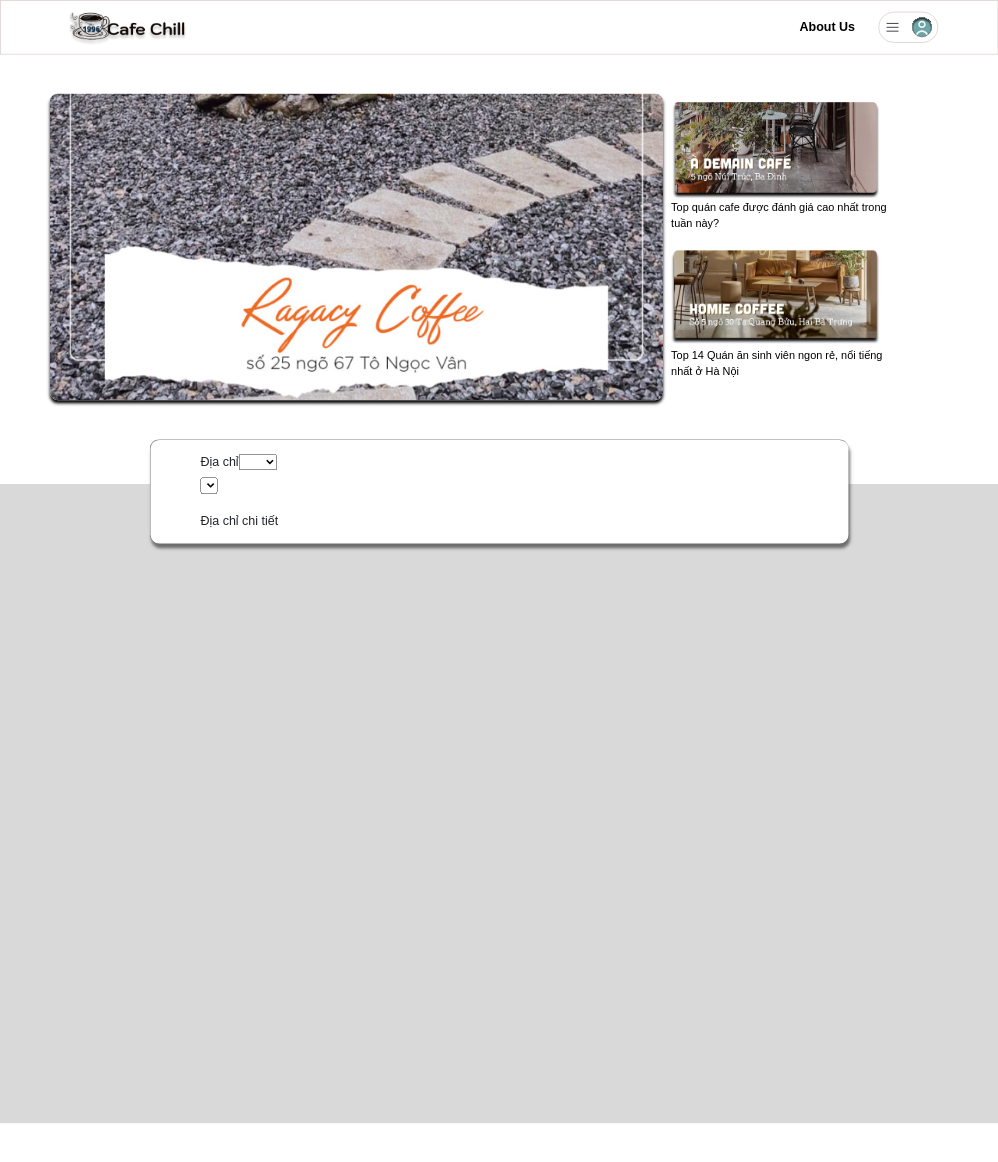
Repository: eriklehnsher/CafeReview-Vue3
Page: /
An editor plug-in stored every save of this project. The page is shown before and after the next save, followed by the edit.
The browser window is 1280 px wide. The pictures show the whole page, at 78% of full size.
Some web fonts or font styles are not loaded; a fallback is used. The project was rebuilt for these pictures with package versions that can differ from the ones it lists, and the page was loaded fresh each time. Also part of the build but not shown: vue.config.js.

Above is the page before, as saved 2023-10-11 11:29:25.

### public/index.html
<!DOCTYPE html>
<html lang="">
  <head>
    <meta charset="utf-8">
    <meta http-equiv="X-UA-Compatible" content="IE=edge">
    <meta name="viewport" content="width=device-width,initial-scale=1.0">
    <link rel="icon" href="<%= BASE_URL %>LOGO.ico">
    <title><%= htmlWebpackPlugin.options.title %></title>
  </head>
  <body>
    <noscript>
      <strong>We're sorry but <%= htmlWebpackPlugin.options.title %> doesn't work properly without JavaScript enabled. Please enable it to continue.</strong>
    </noscript>
    <div id="app"></div>
    <!-- built files will be auto injected -->
  </body>
</html>

### src/main.js
import "bootstrap/dist/css/bootstrap.css";
import { createApp } from 'vue'
import App from './App.vue'

createApp(App).mount('#app')

import "bootstrap/dist/js/bootstrap.js"

### src/App.vue
<template>
  <Header class="header-app" />
  <HomePage class="homepage-app" />
</template>

<script>
import Header from "./components/Header.vue";
import HomePage from "./components/HomePage.vue";

export default {
  name: "App",
  components: {
    HomePage,
    Header,
  },
};
</script>

<style>
@import url("https://fonts.googleapis.com/css2?family=ABeeZee&display=swap");

body {
  margin: 0px;
}
#app {
  background: #d9d9d9;
  height: 200vh;
  margin-bottom: 50px;
  -webkit-font-smoothing: antialiased;
  -moz-osx-font-smoothing: grayscale;

  font-family: "ABeeZee", sans-serif;
}
/* .header-app {
  position: sticky;
  top: 0;
} */

</style>

### src/components/Header.vue
<template>
  <div class="header">
    <div class="container">
      <nav class="navbar navbar-expand-lg">
        <div class="container-fluid">
          <img src="../assets/logo.png" alt="" class="logo" />

          <div class="collapse navbar-collapse" id="navbarSupportedContent">
            <ul class="navbar-nav me-auto mb-2 mb-lg-0"></ul>
            <div class="btn-group">
              <a class="header-about" href="">About Us</a>
              <div
                type="button"
                class="Author"
                data-bs-toggle="dropdown"
                aria-expanded="false"
              >
                <svg
                  xmlns="http://www.w3.org/2000/svg"
                  width="25"
                  height="40"
                  viewBox="0 0 42 40"
                  fill="none"
                >
                  <path
                    d="M8.59375 11.6667H32.6562"
                    stroke="#33363F"
                    stroke-width="2"
                    stroke-linecap="round"
                  />
                  <path
                    d="M8.59375 20H32.6562"
                    stroke="#33363F"
                    stroke-width="2"
                    stroke-linecap="round"
                  />
                  <path
                    d="M8.59375 28.3333H32.6562"
                    stroke="#33363F"
                    stroke-width="2"
                    stroke-linecap="round"
                  />
                </svg>
                <svg
                  width="30"
                  height="50"
                  viewBox="0 0 50 50"
                  fill="none"
                  xmlns="http://www.w3.org/2000/svg"
                >
                  <g filter="url(#filter0_i_102_131)">
                    <path
                      fill-rule="evenodd"
                      clip-rule="evenodd"
                      d="M4.1665 25C4.1665 13.4941 13.4939 4.16669 24.9998 4.16669C36.5058 4.16669 45.8332 13.4941 45.8332 25C45.8332 31.693 42.6771 37.6488 37.7719 41.4603C36.9132 38.9522 35.3321 36.7452 33.2181 35.1231C30.8604 33.314 27.9717 32.3334 24.9998 32.3334C22.028 32.3334 19.1393 33.314 16.7816 35.1231C14.6676 36.7452 13.0865 38.9522 12.2277 41.4603C7.32261 37.6488 4.1665 31.693 4.1665 25ZM32.0006 36.7098C33.9555 38.2098 35.3754 40.297 36.0539 42.6621C32.8501 44.6715 29.0607 45.8334 24.9998 45.8334C20.939 45.8334 17.1496 44.6715 13.9457 42.6621C14.6242 40.297 16.0442 38.2098 17.9991 36.7098C20.0075 35.1687 22.4683 34.3334 24.9998 34.3334C27.5314 34.3334 29.9922 35.1687 32.0006 36.7098ZM19.7498 18.75C19.7498 15.8505 22.1003 13.5 24.9998 13.5C27.8993 13.5 30.2498 15.8505 30.2498 18.75C30.2498 21.6495 27.8993 24 24.9998 24C22.1003 24 19.7498 21.6495 19.7498 18.75ZM24.9998 11.5C20.9958 11.5 17.7498 14.746 17.7498 18.75C17.7498 22.7541 20.9958 26 24.9998 26C29.0039 26 32.2498 22.7541 32.2498 18.75C32.2498 14.746 29.0039 11.5 24.9998 11.5Z"
                      fill="#6CA6A8"
                    />
                  </g>
                  <path
                    d="M37.7719 41.4603L37.2989 41.6223L37.5257 42.2848L38.0787 41.8551L37.7719 41.4603ZM33.2181 35.1231L32.9137 35.5198L33.2181 35.1231ZM16.7816 35.1231L17.0859 35.5198L16.7816 35.1231ZM12.2277 41.4603L11.9209 41.8551L12.4739 42.2848L12.7008 41.6223L12.2277 41.4603ZM36.0539 42.6621L36.3196 43.0857L36.6383 42.8858L36.5346 42.5242L36.0539 42.6621ZM32.0006 36.7098L31.6962 37.1065L32.0006 36.7098ZM13.9457 42.6621L13.4651 42.5242L13.3614 42.8858L13.6801 43.0857L13.9457 42.6621ZM17.9991 36.7098L17.6947 36.3131H17.6947L17.9991 36.7098ZM24.9998 3.66669C13.2178 3.66669 3.6665 13.2179 3.6665 25H4.6665C4.6665 13.7702 13.77 4.66669 24.9998 4.66669V3.66669ZM46.3332 25C46.3332 13.2179 36.7819 3.66669 24.9998 3.66669V4.66669C36.2296 4.66669 45.3332 13.7702 45.3332 25H46.3332ZM38.0787 41.8551C43.1005 37.9529 46.3332 31.8539 46.3332 25H45.3332C45.3332 31.5321 42.2536 37.3446 37.4652 41.0655L38.0787 41.8551ZM32.9137 35.5198C34.9494 37.0818 36.472 39.207 37.2989 41.6223L38.245 41.2984C37.3545 38.6973 35.7148 36.4086 33.5225 34.7264L32.9137 35.5198ZM24.9998 32.8334C27.8616 32.8334 30.6434 33.7776 32.9137 35.5198L33.5225 34.7264C31.0775 32.8503 28.0817 31.8334 24.9998 31.8334V32.8334ZM17.0859 35.5198C19.3563 33.7776 22.1381 32.8334 24.9998 32.8334V31.8334C21.918 31.8334 18.9222 32.8503 16.4772 34.7264L17.0859 35.5198ZM12.7008 41.6223C13.5277 39.207 15.0502 37.0818 17.0859 35.5198L16.4772 34.7264C14.2849 36.4086 12.6452 38.6973 11.7547 41.2984L12.7008 41.6223ZM3.6665 25C3.6665 31.8539 6.89917 37.9529 11.9209 41.8551L12.5345 41.0655C7.74605 37.3446 4.6665 31.5321 4.6665 25H3.6665ZM36.5346 42.5242C35.8266 40.0563 34.3449 37.8784 32.305 36.3131L31.6962 37.1065C33.5661 38.5413 34.9243 40.5377 35.5733 42.8L36.5346 42.5242ZM24.9998 46.3334C29.1574 46.3334 33.0385 45.1436 36.3196 43.0857L35.7883 42.2385C32.6617 44.1995 28.964 45.3334 24.9998 45.3334V46.3334ZM13.6801 43.0857C16.9612 45.1436 20.8423 46.3334 24.9998 46.3334V45.3334C21.0357 45.3334 17.3379 44.1995 14.2114 42.2385L13.6801 43.0857ZM17.6947 36.3131C15.6548 37.8784 14.1731 40.0563 13.4651 42.5242L14.4263 42.8C15.0753 40.5377 16.4336 38.5413 18.3035 37.1065L17.6947 36.3131ZM24.9998 33.8334C22.3582 33.8334 19.7904 34.705 17.6947 36.3131L18.3035 37.1065C20.2246 35.6324 22.5784 34.8334 24.9998 34.8334V33.8334ZM32.305 36.3131C30.2092 34.705 27.6415 33.8334 24.9998 33.8334V34.8334C27.4213 34.8334 29.7751 35.6324 31.6962 37.1065L32.305 36.3131ZM24.9998 13C21.8242 13 19.2498 15.5744 19.2498 18.75H20.2498C20.2498 16.1267 22.3765 14 24.9998 14V13ZM30.7498 18.75C30.7498 15.5744 28.1755 13 24.9998 13V14C27.6232 14 29.7498 16.1267 29.7498 18.75H30.7498ZM24.9998 24.5C28.1755 24.5 30.7498 21.9257 30.7498 18.75H29.7498C29.7498 21.3734 27.6232 23.5 24.9998 23.5V24.5ZM19.2498 18.75C19.2498 21.9257 21.8242 24.5 24.9998 24.5V23.5C22.3765 23.5 20.2498 21.3734 20.2498 18.75H19.2498ZM18.2498 18.75C18.2498 15.0221 21.2719 12 24.9998 12V11C20.7196 11 17.2498 14.4698 17.2498 18.75H18.2498ZM24.9998 25.5C21.2719 25.5 18.2498 22.4779 18.2498 18.75H17.2498C17.2498 23.0302 20.7196 26.5 24.9998 26.5V25.5ZM31.7498 18.75C31.7498 22.4779 28.7278 25.5 24.9998 25.5V26.5C29.28 26.5 32.7498 23.0302 32.7498 18.75H31.7498ZM24.9998 12C28.7278 12 31.7498 15.0221 31.7498 18.75H32.7498C32.7498 14.4698 29.28 11 24.9998 11V12Z"
                    fill="white"
                  />
                  <rect
                    x="4.6665"
                    y="4.66669"
                    width="40.6667"
                    height="40.6667"
                    rx="20.3333"
                    stroke="#222222"
                  />
                  <defs>
                    <filter
                      id="filter0_i_102_131"
                      x="3.6665"
                      y="3.66669"
                      width="42.6665"
                      height="46.6667"
                      filterUnits="userSpaceOnUse"
                      color-interpolation-filters="sRGB"
                    >
                      <feFlood flood-opacity="0" result="BackgroundImageFix" />
                      <feBlend
                        mode="normal"
                        in="SourceGraphic"
                        in2="BackgroundImageFix"
                        result="shape"
                      />
                      <feColorMatrix
                        in="SourceAlpha"
                        type="matrix"
                        values="0 0 0 0 0 0 0 0 0 0 0 0 0 0 0 0 0 0 127 0"
                        result="hardAlpha"
                      />
                      <feOffset dy="4" />
                      <feGaussianBlur stdDeviation="2" />
                      <feComposite
                        in2="hardAlpha"
                        operator="arithmetic"
                        k2="-1"
                        k3="1"
                      />
                      <feColorMatrix
                        type="matrix"
                        values="0 0 0 0 0 0 0 0 0 0 0 0 0 0 0 0 0 0 1 0"
                      />
                      <feBlend
                        mode="normal"
                        in2="shape"
                        result="effect1_innerShadow_102_131"
                      />
                    </filter>
                  </defs>
                </svg>
              </div>
              <ul class="dropdown-menu dropdown-menu-end">
                <li><a class="dropdown-item" href="">LogIn</a></li>
                <li><a class="dropdown-item" href="">Sign In</a></li>
                <li><hr class="dropdown-divider" /></li>
                <li><a class="dropdown-item" href="">LogOut</a></li>
              </ul>
            </div>
          </div>
        </div>
      </nav>
    </div>
  </div>
</template>

<script>
export default {};
</script>

<!-- Add "scoped" attribute to limit CSS to this component only -->
<style scoped>
.header {
  border: 1px solid #dbcfcf;
  box-shadow: 0px 4px 4px 0px rgba(30, 30, 30, 0.3);
  width: 100%;
  height: 70px;
  background-color: #fff;
  display: flex;
  justify-content: center;
  align-items: center;
  transition: 0.6s;
  margin: 0;
  padding: 0;
}
.container {
  padding: 10px 5%;
  margin: 0;
  max-width: 1440px;

}
.logo {
  width: auto;
  height: 80px;
}
.logo:hover {
  cursor: pointer;
}
a {
  font-size: 16px;
  font-weight: 700;
  text-decoration: none;
  color: #000;
  margin-right: 20px;
}
a:hover {
  color: #000;
}
.Author {
  border-radius: 50px;
  border: 1px solid #dbcfcf;
  background: #fff;
  width: auto;
  height: 40px;
  display: inline-flex;
  flex-direction: row;
  justify-content: space-around;
  align-items: center;
  gap: 10px;
  padding: 5px;
}
.Author:hover {
  cursor: pointer;
  box-shadow: 0px 4px 4px 0px rgba(83, 80, 80, 0.25);
}
.dropdown-menu {
  margin-top: 10px;
  right: 5px;
  border: 1px solid #dbcfcf;
  border-radius: 5px;
  box-shadow: 0px 4px 4px 0px rgba(83, 80, 80, 0.25);
}
.dropdown-item {
  font-size: 14px;
  font-weight: 300;
}
.btn-group {
  display: flex;
  flex-direction: row;
  justify-content: space-around;
  align-items: center;
  gap: 10px;
}
</style>

### src/components/HomePage.vue
<template>
  <div class="homepage">
    <div class="banner">
      <div class="banner-flex d-flex">
        <div class="">
          <img
            src="../assets/images/images-slider1.png"
            class="banner-bg d-block w-100"
            alt="..."
          />
          <!-- <div
            id=""
            class="carousel slide"
            data-bs-ride="carousel"
          >
            <div class="carousel-inner">
              <div class="carousel-item active">
                <img
                  src="../assets/images/images-slider1.png"
                  class="d-block w-100"
                  alt="..."
                />
              </div>
              <div class="carousel-item">
                <img
                  src="../assets/images/images-slider2.png"
                  class="d-block w-100"
                  alt="..."
                />
              </div>
              <div class="carousel-item">
                <img
                  src="../assets/images/images-slider3.png"
                  class="d-block w-100"
                  alt="..."
                />
              </div>
              <div class="carousel-item">
                <img
                  src="../assets/images/images-slider4.png"
                  class="d-block w-100"
                  alt="..."
                />
              </div>
            </div>
          </div> -->
        </div>
        <div class="promo">
          <div class="promo-1">
            <img class="promo-img" src="../assets/images/promo1.png" alt="" />
            <p class="promo-text">
              Top quán cafe được đánh giá cao nhất trong tuần này?
            </p>
          </div>
          <div class="promo-1 mt-4">
            <img class="promo-img" src="../assets/images/promo2.png" alt="" />
            <p class="promo-text">
              Top 14 Quán ăn sinh viên ngon rẻ, nổi tiếng nhất ở Hà Nội
            </p>
          </div>
        </div>
      </div>
    </div>

    <div class="search-box">
     <Drop-Down

     ></Drop-Down>
    </div>

    <div class="top-cafe"></div>
  </div>
</template>

<script>
import DropDown from "@/Home/DropDown";



export default {
  components: {
    DropDown,
  },
};
</script>

<!-- Add "scoped" attribute to limit CSS to this component only -->
<style scoped>
.homepage {
  display: flex;
  flex-direction: column;
  justify-content: center;
  align-items: center;
  background: linear-gradient(to bottom, #fff 550px, #d9d9d9 10px);
}

.banner {
  padding: 50px 5%;
  margin: 0;
  height: auto;
}

.promo-1:hover {
  cursor: pointer;
}
.promo-text {
  width: 80%;
  height: 100%;
  color: black;
  font-size: 14px;
  font-family: inherit;
  font-weight: 300;
}
.carousel {
  border-radius: 10px;
  box-shadow: 0px 4px 4px 0px #000;
}
.banner-flex {
  display: flex;
  gap: 10px;
  justify-content: center;
  align-items: center;
}
.banner-bg {
  border-radius: 10px;
  box-shadow: 0px 4px 4px 0px #000;
}
.carousel-inner {
  border-radius: 10px;
}
.search-box {
  width: 70%;
  height: auto;
  border-radius: 12px;
  border-top: 1px solid rgba(0, 0, 0, 0.5);
  border-left: 1px solid rgba(0, 0, 0, 0.5);
  background: #fff;
  box-shadow: 2px 6px 4px 0px rgba(0, 0, 0, 0.5);
  padding: 10px 5%;
}
.searchbox-content {
  padding: 10px 5%;
}
.top-cafe {
  background-color: #d9d9d9;
}
</style>

### src/Home/Dropdown.vue
<template>
  <div class="group__input-data">
    <b-form-group class="" id="address" label-for="address">
      <label class="col-form-label"> Địa chỉ </label>
      <select v-model="selected">
        <!-- inline object literal -->
        <option :value="{ number: 123 }">123</option>
      </select>
      <div
        class="d-flex flex-row justify-content-between car-form__dettail--select mb-3"
      >
        <select
          class="car-form__detail--mapSelect"
          id="city"
          :options="cities"
          placeholder="Choose city"
        ></select>
        <b-form-select
          class="car-form__detail--mapSelect"
          id="district"
          v-model="address.district"
          @input="(e) => $emit('onChangeDistrict', e)"
          :options="districts"
          aria-placeholder="Choose district"
          required
        ></b-form-select>

        <b-form-select
          class="car-form__detail--mapSelect"
          id="ward"
          v-model="address.ward"
          @input="(e) => $emit('onChangeWard', e)"
          :options="filterWards"
          :disabled="!address.district"
          required
        ></b-form-select>
      </div>
    </b-form-group>
    <b-form-group>
      <label class="col-form-label"> Địa chỉ chi tiết </label>

      <b-form-input
        class="car-form__detail--input mb-0"
        v-model="address.detail"
        @input="(e) => $emit('onChangeAddressDetails', e)"
        type="text"
        placeholder="Số nhà, ngách, ngõ, đường, phố..."
        :disabled="!(address.ward && address.district)"
      >
      </b-form-input>
    </b-form-group>
  </div>
</template>

<script>
export default {
  data() {
    return {
      address: {
        detail: "",
        city: "hanoi",
        district: "",
        ward: "",
      },
      cities: [{ value: "hanoi", text: "Hà Nội" }],
      districts: [
        { value: "hai ba trung", text: "Hai Bà Trưng" },
        { value: "ba dinh", text: "Ba Đình" },
        { value: "bac tu liem", text: "Bắc Từ Liên" },
        { value: "hoan kiem", text: "Hoàn Kiếm" },
        { value: "tay ho", text: "Tây Hồ" },
        { value: "cau giay", text: "Cầu Giấy" },
      ],
      wards: {
        "hai ba trung": [
          { value: "bach khoa", text: "Bách Khoa" },
          { value: "bach mai", text: "Bạch Mai" },
          { value: "nguyen du", text: "Nguyễn Du" },
          { value: "bach dang", text: "Bạch Đằng" },
          { value: "pham dinh ho", text: "Phạm Đình Hổ" },
          { value: "le dai hanh", text: "Lê Đại Hành" },
          { value: "dong nhan", text: "Đồng Nhân" },
          { value: "pho hue", text: "Phố Huế" },
          { value: "thanh nhan", text: "Thanh Nhàn" },
        ],
        "ba dinh": [
          { value: "truc bạch", text: "Trúc Bạch" },
          { value: "lieu giai", text: "Liễu Giai" },
          { value: "quan thanh", text: "Quán Thánh" },
          { value: "doi can", text: "Đội Cấn" },
          { value: "kim ma", text: "Kim Mã" },
          { value: "giang vo", text: "Giảng Võ" },
          { value: "cong vi", text: "Cống Vị" },
          { value: "dien bien", text: "Điện Biên" },
        ],
        "bac tu liem": [
          { value: "thuong cat", text: "Thượng Cát" },
          { value: "lien mac", text: " Liên Mạc" },
          { value: "dong ngac", text: "Đông Ngạc" },
          { value: "duc thang", text: "Đức Thắng" },
          { value: "thuy phuong", text: "Thụy Phương" },
          { value: "tay tuu", text: "Tây Tựu" },
          { value: "xuan dinh", text: "Xuân Đỉnh" },
          { value: " xuan tao", text: " Xuân Tảo" },
          { value: "minh khai", text: "Minh Khai" },
        ],
        "hoan kiem": [
          { value: "phuc tan", text: "Phúc Tân" },
          { value: "dong xuan", text: "Đồng Xuân" },
          { value: "hang ma", text: "Hàng Mã" },
          { value: "hang buom", text: "Hàng Buồm" },
          { value: "hang dao", text: "Hàng Đào" },
          { value: "hang bo", text: "Hàng Bồ" },
          { value: "cua dong", text: "Cửa Đông" },
          { value: "ly thai to", text: "Lý Thái Tổ" },
        ],
        "tay ho": [
          { value: "phu thuong", text: "Phú Thượng" },
          { value: "nhat tan", text: "Nhật Tân" },
          { value: "tu lien", text: "Tứ Liên" },
          { value: "quang an", text: "Quảng An" },
          { value: "xuan la", text: "Xuân La" },
          { value: "yen phu", text: "Yên Phụ" },
          { value: "buoi", text: "Bưởi" },
          { value: "thuy khue", text: "Thụy Khuê" },
        ],
        "cau giay": [
          { value: "nghia do", text: "Nghĩa Đô" },
          { value: "nghia tan", text: "Nghĩa Tân" },
          { value: "mai dich", text: "Mai Dịch" },
          { value: "dich vong", text: "Dịch Vọng" },
          { value: "dich vong hau", text: "Dịch Vọng Hậu" },
          { value: "quan hoa", text: "Quan Hoa" },
          { value: "yen hoa", text: "Yên Hòa" },
          { value: "trung hoa", text: "Trung Hòa" },
        ],
      },
    };
  },
  props: ["property"],
  methods: {},
  computed: {
    filterWards() {
      return this.wards[this.address.district];
    },
  },
};
</script>

<style></style>

After the next save:
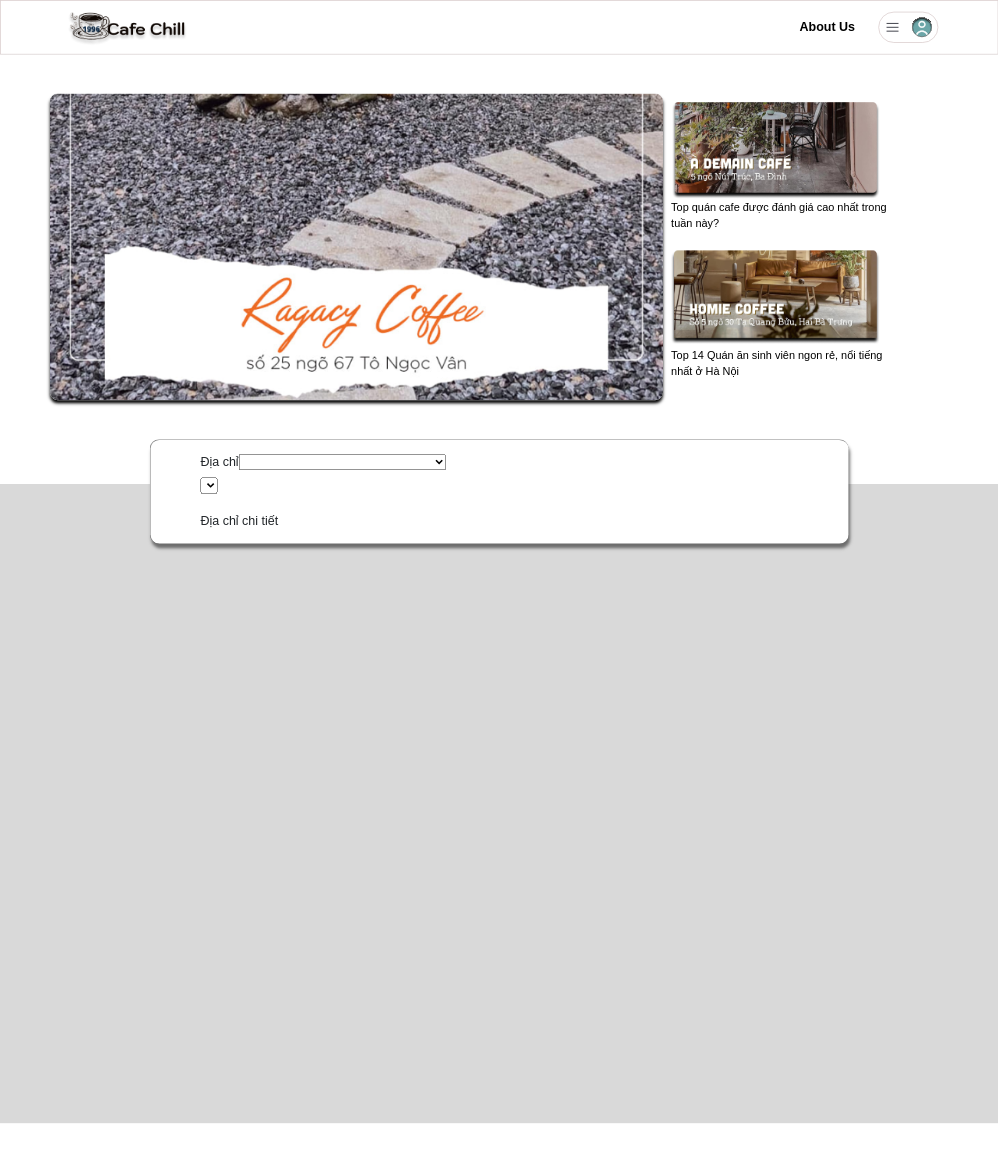
Saved 3 min 29 s later.
--- a/src/Home/Dropdown.vue
+++ b/src/Home/Dropdown.vue
@@ -4,7 +4,7 @@
       <label class="col-form-label"> Địa chỉ </label>
       <select v-model="selected">
         <!-- inline object literal -->
-        <option :value="{ number: 123 }">123</option>
+        <option v-for="item in cities" v-bind:key="item">{{ item }}</option>
       </select>
       <div
         class="d-flex flex-row justify-content-between car-form__dettail--select mb-3"
